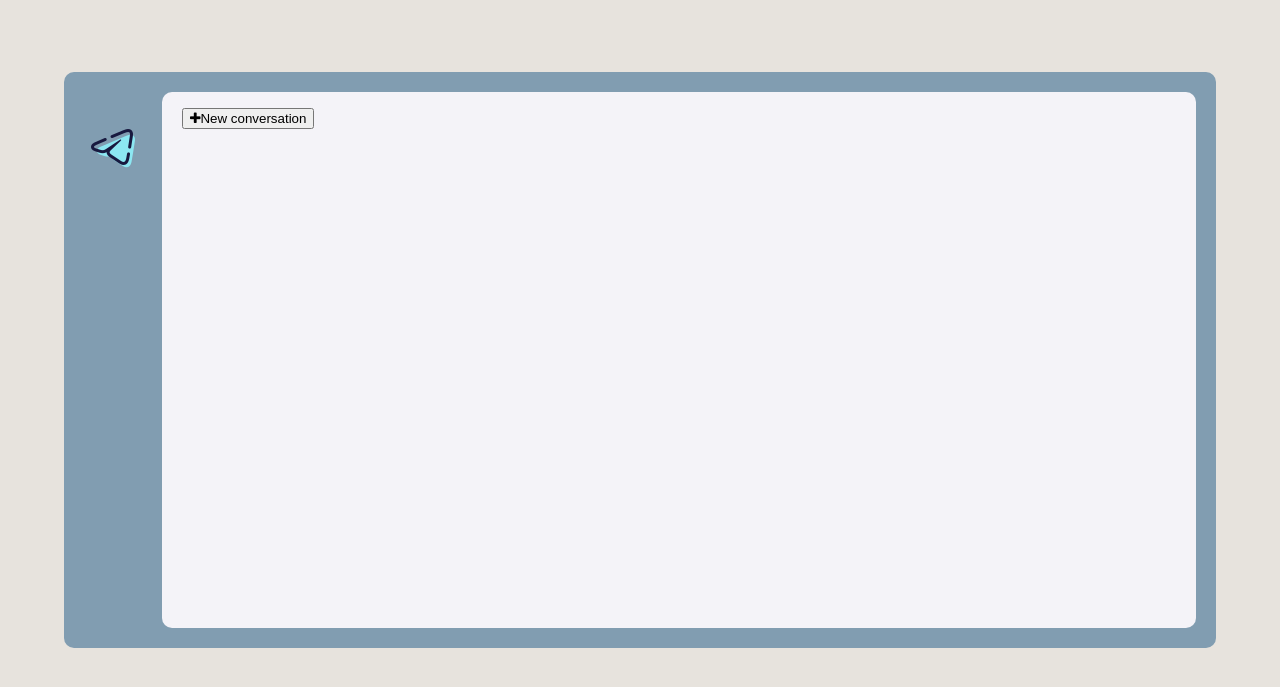
Repository: ComplexCodes/Chat-app
Page: /
An editor plug-in stored every save of this project. The page is shown before and after the next save, followed by the edit.
The browser window is 1280 px wide. The pictures show the whole page.
The project was rebuilt for these pictures with package versions that can differ from the ones it lists, and the page was loaded fresh each time. Also part of the build but not shown: src/components/chatList/chatList.css.

Above is the page before, as saved 2023-06-22 18:47:33.

### public/index.html
<!DOCTYPE html>
<html lang="en">
  <head>
    <meta charset="utf-8" />
    <link rel="icon" href="%PUBLIC_URL%/favicon.ico" />
    <meta name="viewport" content="width=device-width, initial-scale=1" />
    <meta name="theme-color" content="#000000" />
    <meta
      name="description"
      content="Web site created using create-react-app"
    />
    <link rel="apple-touch-icon" href="%PUBLIC_URL%/logo192.png" />
    <!--
      manifest.json provides metadata used when your web app is installed on a
      user's mobile device or desktop. See https://developers.google.com/web/fundamentals/web-app-manifest/
    -->
    <link rel="manifest" href="%PUBLIC_URL%/manifest.json" />
    <!--
      Notice the use of %PUBLIC_URL% in the tags above.
      It will be replaced with the URL of the `public` folder during the build.
      Only files inside the `public` folder can be referenced from the HTML.

      Unlike "/favicon.ico" or "favicon.ico", "%PUBLIC_URL%/favicon.ico" will
      work correctly both with client-side routing and a non-root public URL.
      Learn how to configure a non-root public URL by running `npm run build`.
    -->
    <title>React Chat App</title>
    <link
    rel="stylesheet"
       href="https://stackpath.bootstrapcdn.com/font-awesome/4.7.0/css/font-awesome.min.css"
    />
  </head>
  <body>
    <noscript>You need to enable JavaScript to run this app.</noscript>
    <div id="root"></div>
    <!--
      This HTML file is a template.
      If you open it directly in the browser, you will see an empty page.

      You can add webfonts, meta tags, or analytics to this file.
      The build step will place the bundled scripts into the <body> tag.

      To begin the development, run `npm start` or `yarn start`.
      To create a production bundle, use `npm run build` or `yarn build`.
    -->
  </body>
</html>

### src/App.js
import react from "react";
import './App.css';
import Nav from "./components/nav/Nav";
import ChatBody from "./components/chatBody/ChatBody";

function App() {
  return (
    <div className="_main">
      <Nav />
      <ChatBody />
    </div>
  );
}

export default App;

### src/App.css
*{
  box-sizing: border-box;
}
html,
body{
  height: 100%;
}
#root {
  background-color: rgb(231, 227, 221);
  display: flex;
  justify-content: center;
  height: 100%;
}
._main {
  max-width: 90%;
  margin: auto;
  background-color: #819db1;
  min-height: 80vh;
  width: 100%;
  border-radius: 10px;
  padding: 20px;
  display: flex;
  padding-left: 0;
}

### src/components/nav/Nav.js
import React, { Component } from 'react';
import "./nav.css";
import logo from"./../../images/logo.png";

export default class Nav extends Component {
    render() {
        return(
            <div className='nav'>
               <div className='nav_blocks'>
                  <img src = {logo}></img>
               </div>
               <div className='nav_blocks'></div>
               <div className='nav_blocks'></div>
            </div>
        )
    }
}

### src/components/chatBody/ChatBody.js
import React, { Component } from "react";
import "./chatBody.css";
import ChatList from "../chatList/ChatList";
import ChatContent from "../chatContent/ChatContent";
import UserProfile from "../userProfile/UserProfile";

export default class chatBody extends Component {
    render() {
        return <div className="main_chatbody">
            <ChatList />
            <ChatContent />
            <UserProfile />
        </div>;
    }
}

### src/components/nav/nav.css
.nav {
    max-width: 100px;
    display: flex;
    justify-content: space-between;
    flex-direction: column;
    padding: 0 25px;
    padding-top: 30px;
  }
  .nav img {
    display: block;
    max-width: 100%;
    cursor: pointer;
  }

### src/components/chatBody/chatBody.css
.main_chatbody {
    flex-grow: 1;
    background-color: #f4f3f8;
    border-radius: 10px;
    padding: 15px 20px;
    display: flex;
  }

### src/components/chatList/ChatList.js
import React, { Component } from "react";
import "./chatList.css";

export default class ChatList extends Component{
    render() {
        return <div className="main_chatlist">
            <button className="btn">
          <i className="fa fa-plus"></i>
          <span>New conversation</span>
        </button>
        </div>;
    }
}

### src/components/chatContent/ChatContent.js
import React, { Component } from "react";

export default class ChatContent extends Component{
    render() {
        return <div></div>;
    }
}

### src/components/userProfile/UserProfile.js
import React, { Component } from "react";

export default class UserProfile extends Component{
    render() {
        return <div></div>;
    }
}

Loaded but not shown: src/index.js (common file); src/index.css (common file); src/reportWebVitals.js (common file)

After the next save:
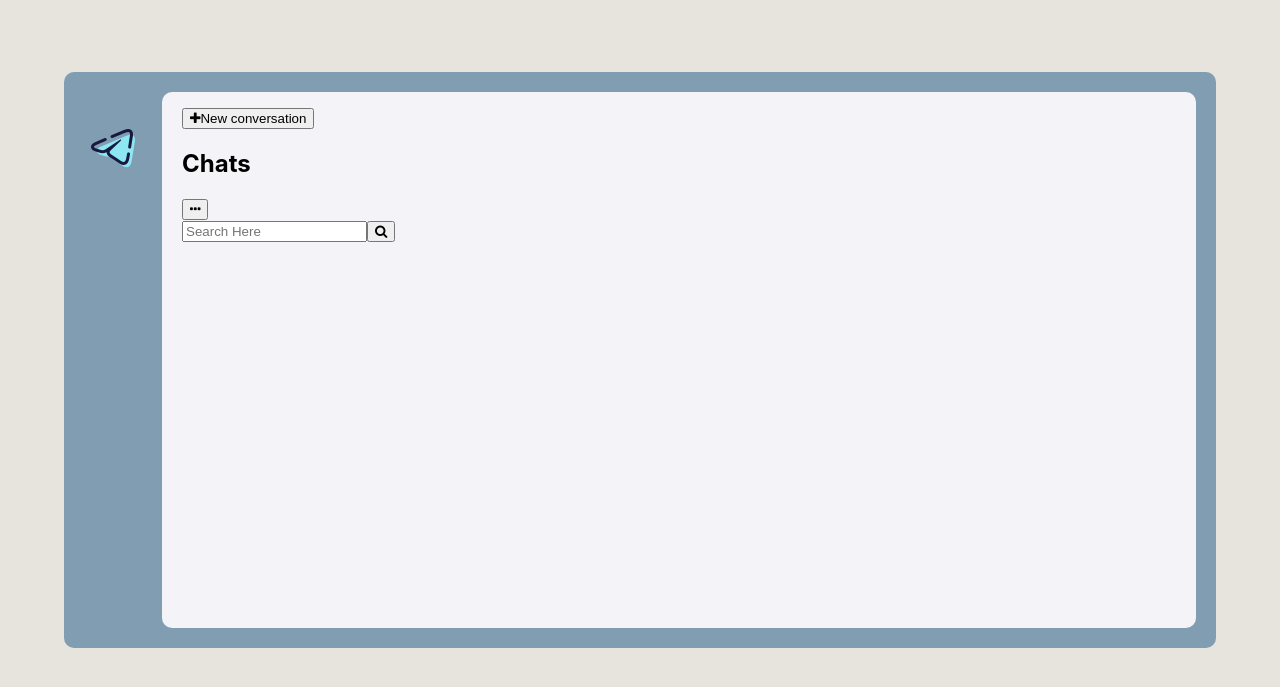
Saved 16 min 26 s later.
--- a/src/components/chatList/ChatList.js
+++ b/src/components/chatList/ChatList.js
@@ -5,9 +5,24 @@
     render() {
         return <div className="main_chatlist">
             <button className="btn">
-          <i className="fa fa-plus"></i>
-          <span>New conversation</span>
-        </button>
+              <i className="fa fa-plus"></i>
+              <span>New conversation</span>
+            </button>
+            <div className="chatlist_heading">
+          <h2>Chats</h2>
+          <button className="btn-nobg">
+            <i className="fa fa-ellipsis-h"></i>
+          </button>
+        </div>
+        <div className="chatList_search">
+          <div className="search_wrap">
+            <input type="text" placeholder="Search Here" required />
+            <button className="search-btn">
+              <i className="fa fa-search"></i>
+            </button>
+          </div>
+        </div>
+
         </div>;
     }
 }
